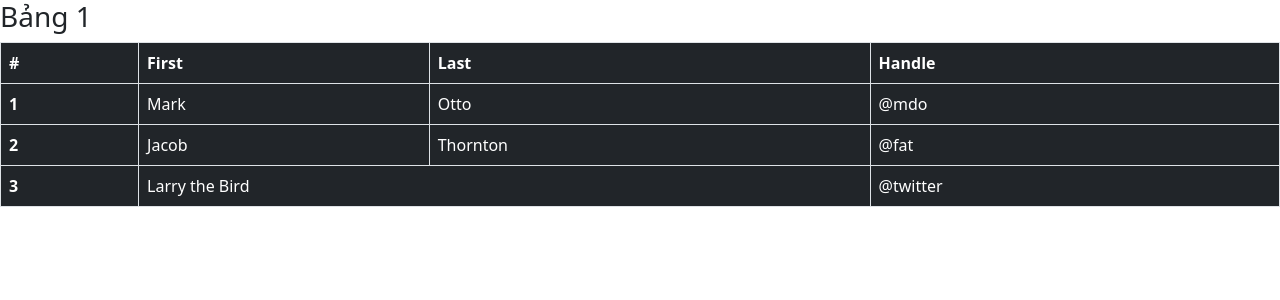
Repository: ThuatDev/BTVN_FE_JUNE
Page: index.html
An editor plug-in stored every save of this project. The page is shown before and after the next save, followed by the edit.
The browser window is 1280 px wide. The pictures show the whole page.

Above is the page before, as saved 2023-08-02 15:11:53.

After the next save:
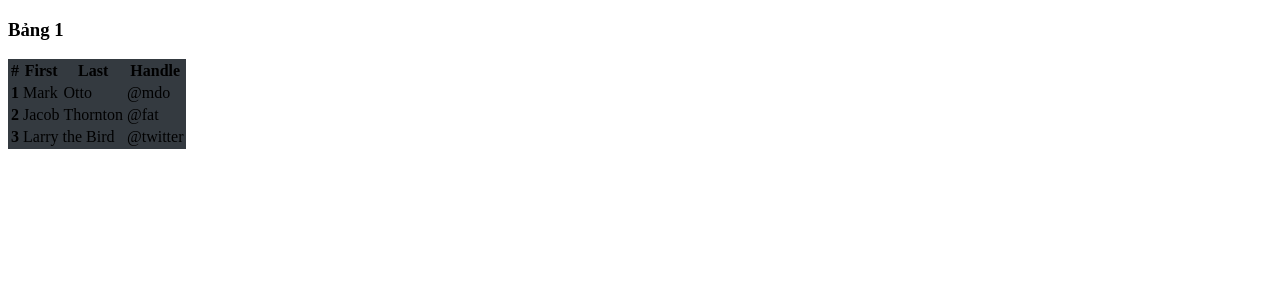
Saved 48 s later.
--- a/index.html
+++ b/index.html
@@ -3,11 +3,16 @@
   <head>
     <meta charset="UTF-8" />
     <meta name="viewport" content="width=device-width, initial-scale=1.0" />
-    <link
+    <!-- <link
       href="https://cdn.jsdelivr.net/npm/bootstrap@5.0.2/dist/css/bootstrap.min.css"
       rel="stylesheet"
-    />
+    /> -->
     <title>Document</title>
+    <style>
+      .bg-dark {
+        background-color: #343a40 !important;
+      }
+    </style>
   </head>
   <body>
     <h3>Bảng 1</h3>
